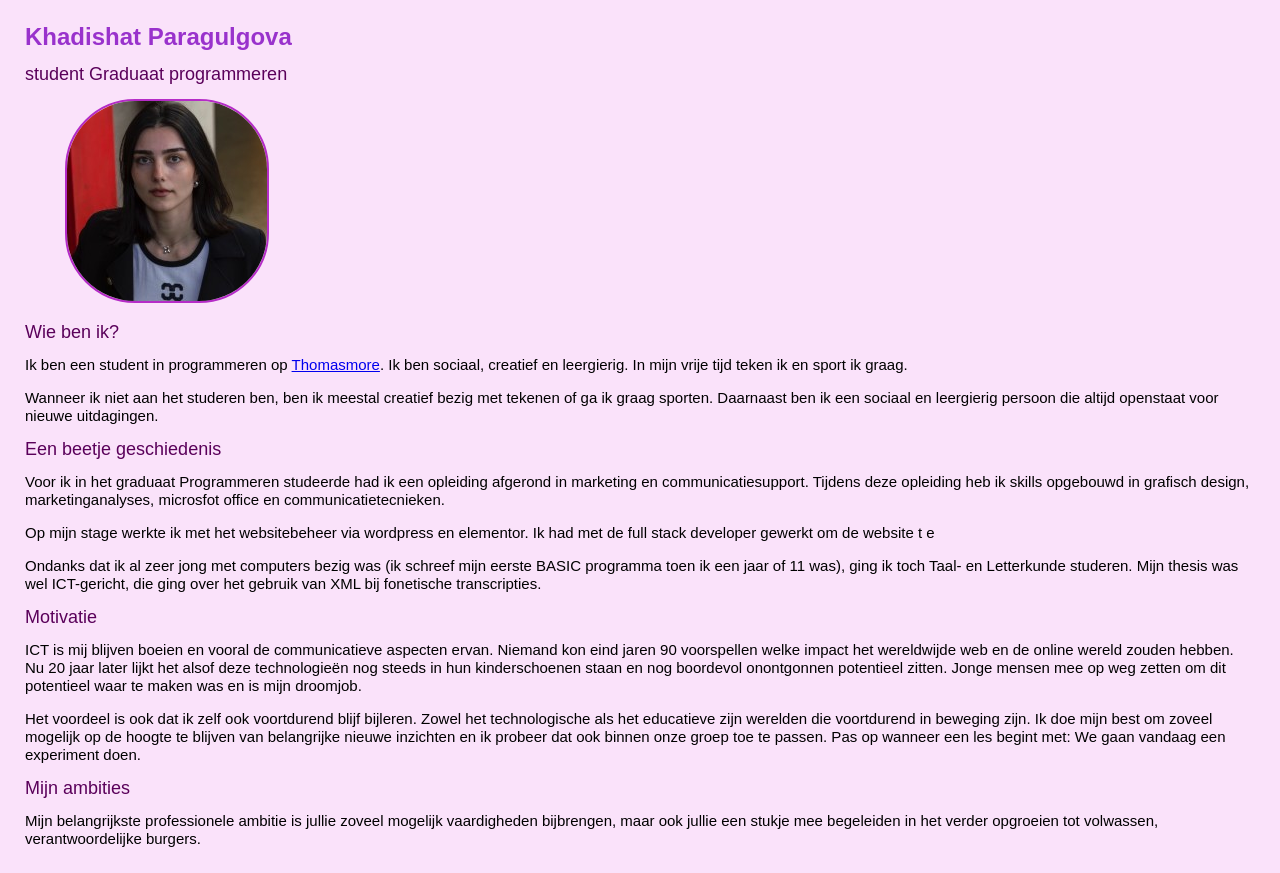
Repository: khadishat00/portfolio
Page: index.html
These files come from the project's save history. The page is drawn as it stood at one moment and after a run of saves; the edit follows.
The browser window is 1280 px wide. The pictures show the whole page.

Above is the page before, as saved 2026-09-24 15:13:55.

After the next 2 saves:
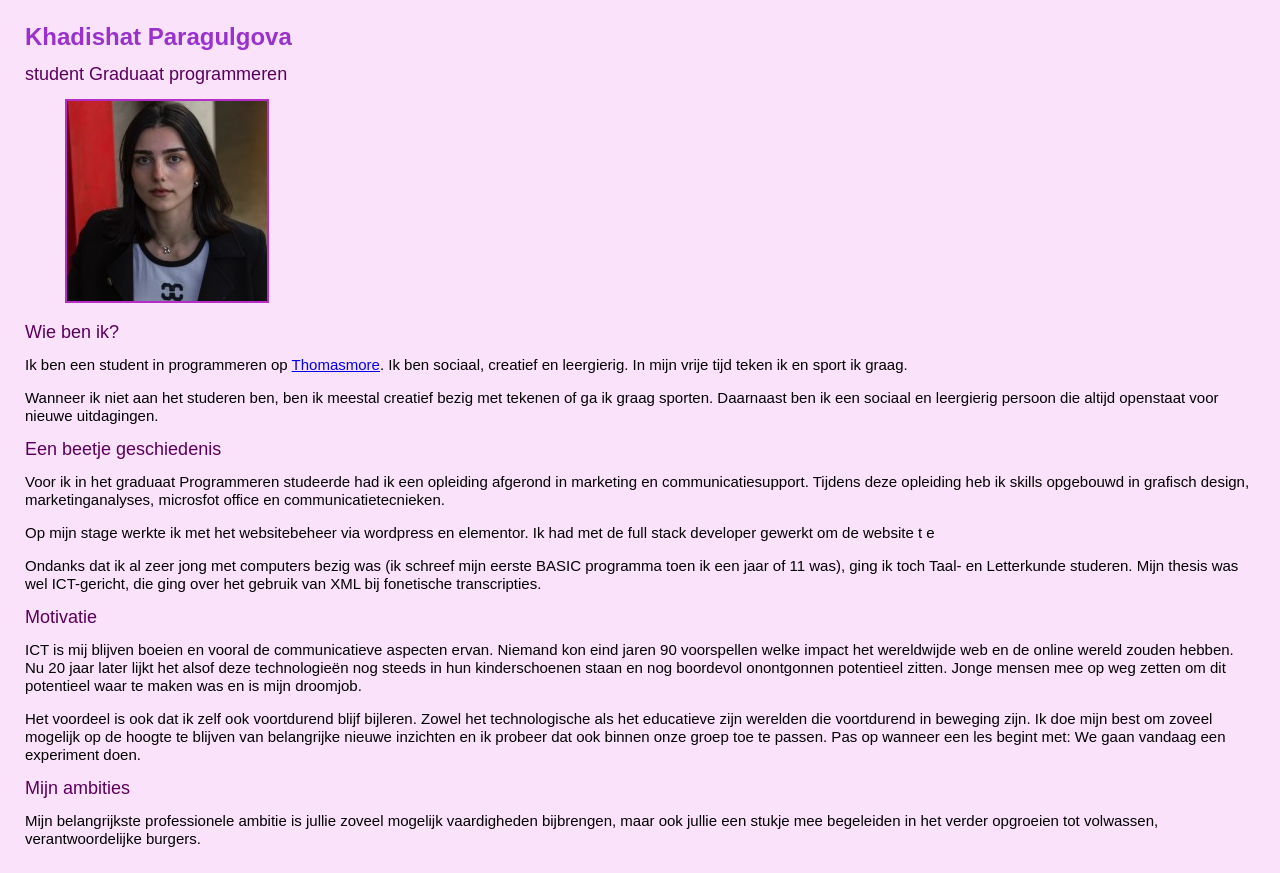
The 2 saves are shown as one change because they came seconds apart.
The last was saved 7 s later.
--- a/index.html
+++ b/index.html
@@ -48,7 +48,7 @@
     img {
       max-width: 100%;
       border: 2px double ;
-      border-radius: 70px;
+      border-radius: px;
       border-color: rgb(181, 44, 199);
 
     }
